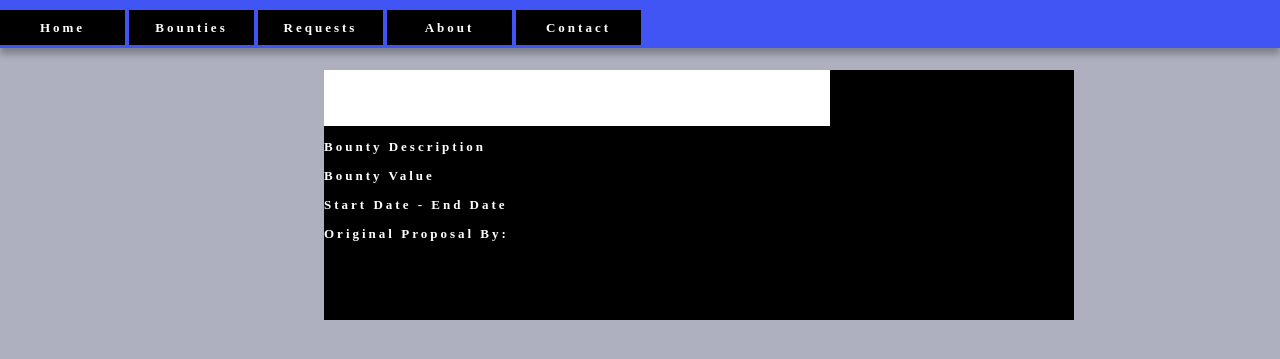
Repository: mailog/Tomorrow
Page: http://localhost/bounties
These files come from the project's save history. The page is drawn as it stood at one moment and after the next save; the edit follows.
The browser window is 1280 px wide. The pictures show the whole page.
The page is this project's Thymeleaf template; nobody is signed in. The template is opened directly, without the code that normally fills it, so the values that code supplies are empty.

Above is the page before, as saved 2017-07-27 03:50:17.

After the next save:
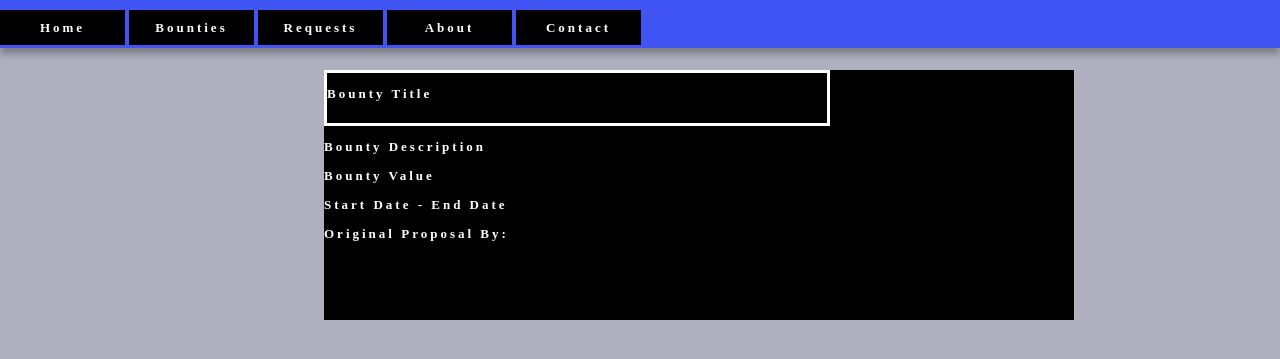
Saved 6 s later.
--- a/Tomorrow/src/main/resources/static/css/bounties.css
+++ b/Tomorrow/src/main/resources/static/css/bounties.css
@@ -31,7 +31,6 @@
 {
 	width: 500px;
 	height: 50px;
-	background-color: white;
 	border-style:solid;
 }
 
